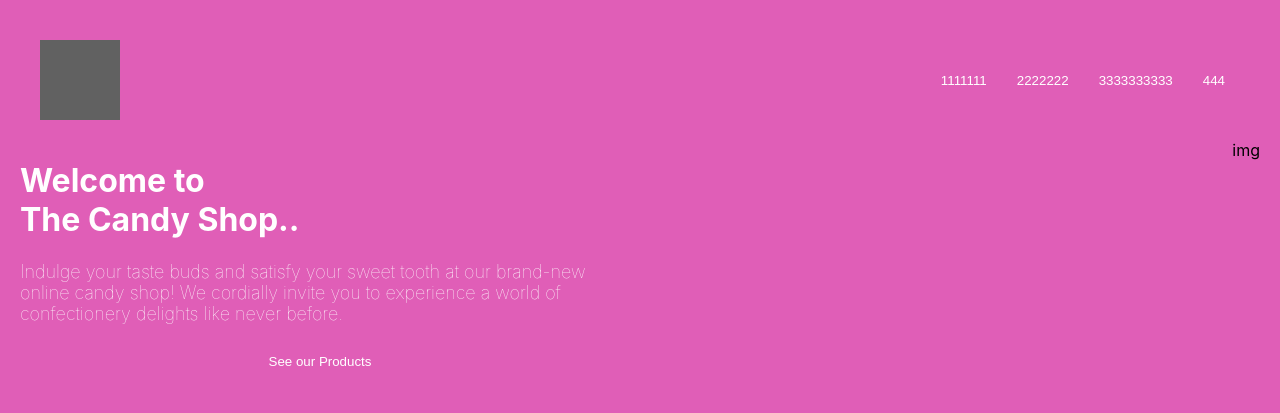
Repository: nika-otter/CandyShop
Page: /
The author's editor kept a copy of each file at every save. The page is drawn from the files as they stood at one save, then again after the next save.
The browser window is 1280 px wide. The pictures show the whole page.
Pictures or frames that could not be fetched are drawn as grey boxes. An inner scrolling area shows only its first screen. The project was rebuilt for these pictures with package versions that can differ from the ones it lists, and the page was loaded fresh each time.

Above is the page before, as saved 2023-06-11 09:54:55.

After the next save:
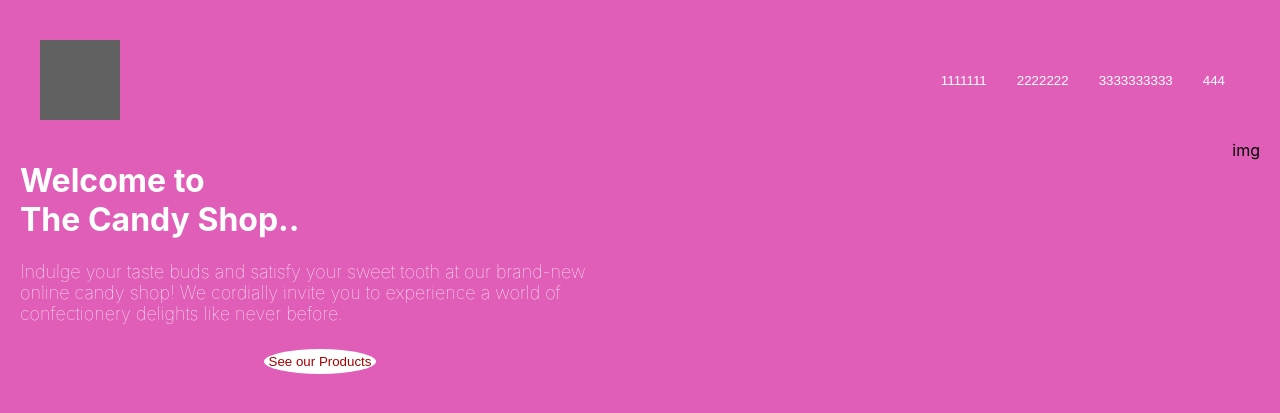
Saved 95 s later.
--- a/src/components/Cupcake.module.scss
+++ b/src/components/Cupcake.module.scss
@@ -12,15 +12,14 @@
 .info {
   width: 600px;
   button {
-    background-color: transparent;
+    background-color: white;
     border: none;
+    border-radius: 50%;
     cursor: pointer;
     padding: 5px;
     margin: 10px;
-    color: white;
+    color: rgb(165, 0, 0);
     &:hover {
-      background-color: #f5f5f530;
-      border-radius: 5px;
     }
   }
 }
